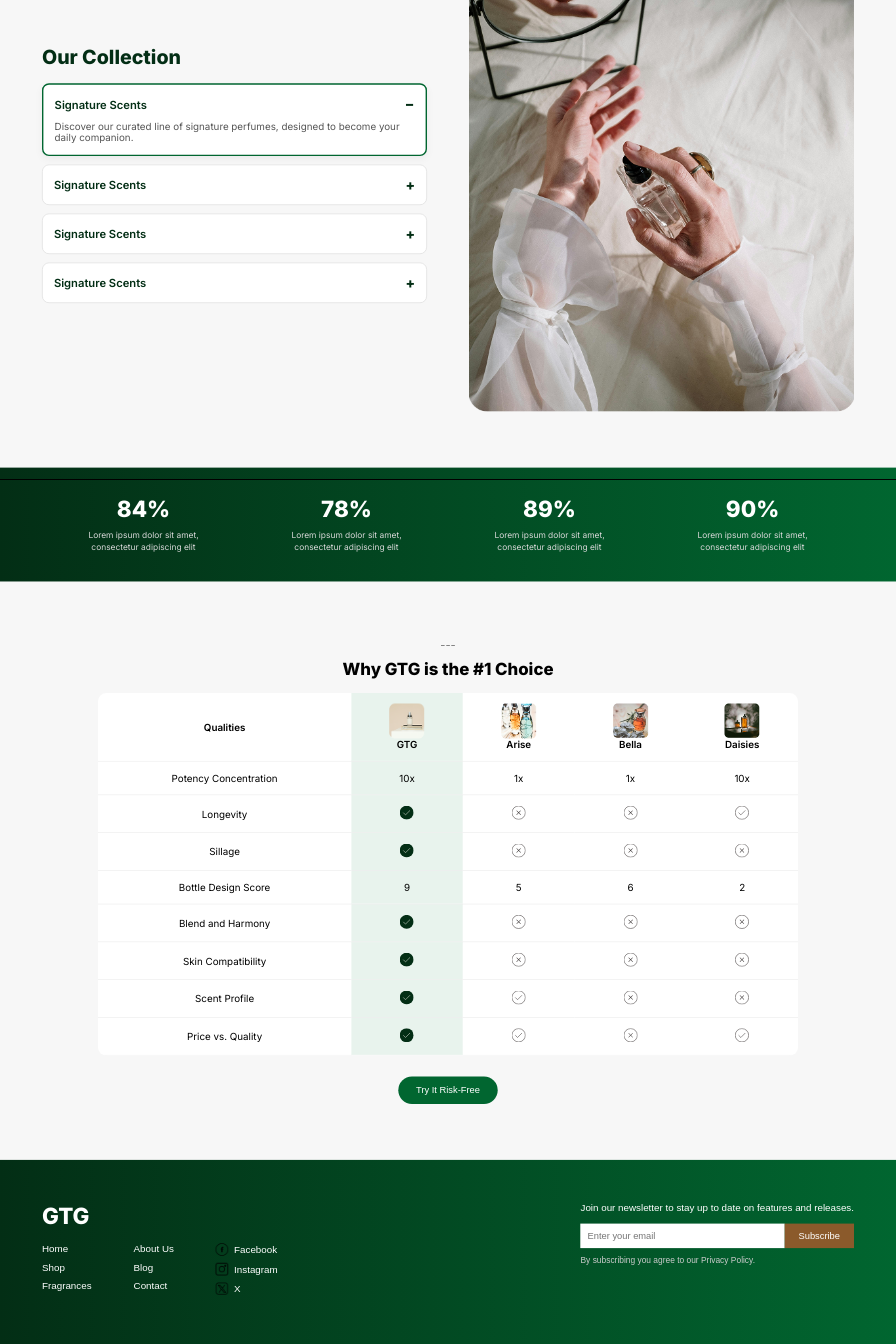
Repository: Prakashadavi/Assignment
Page: index.html
These files come from the project's save history. The page is drawn as it stood at one moment and after the next save; the edit follows.
The browser window is 1280 px wide. The pictures show the part of the page from y = 2220 to 4140 px (the page is 4140 px tall before and 4131 px after), at 70% of full size.
A picture or video elsewhere on the page could not be fetched, so the positions and the page height are approximate. Some web fonts or font styles are not loaded; a fallback is used.

Above is the page before, as saved 2026-03-26 12:02:59.

After the next save:
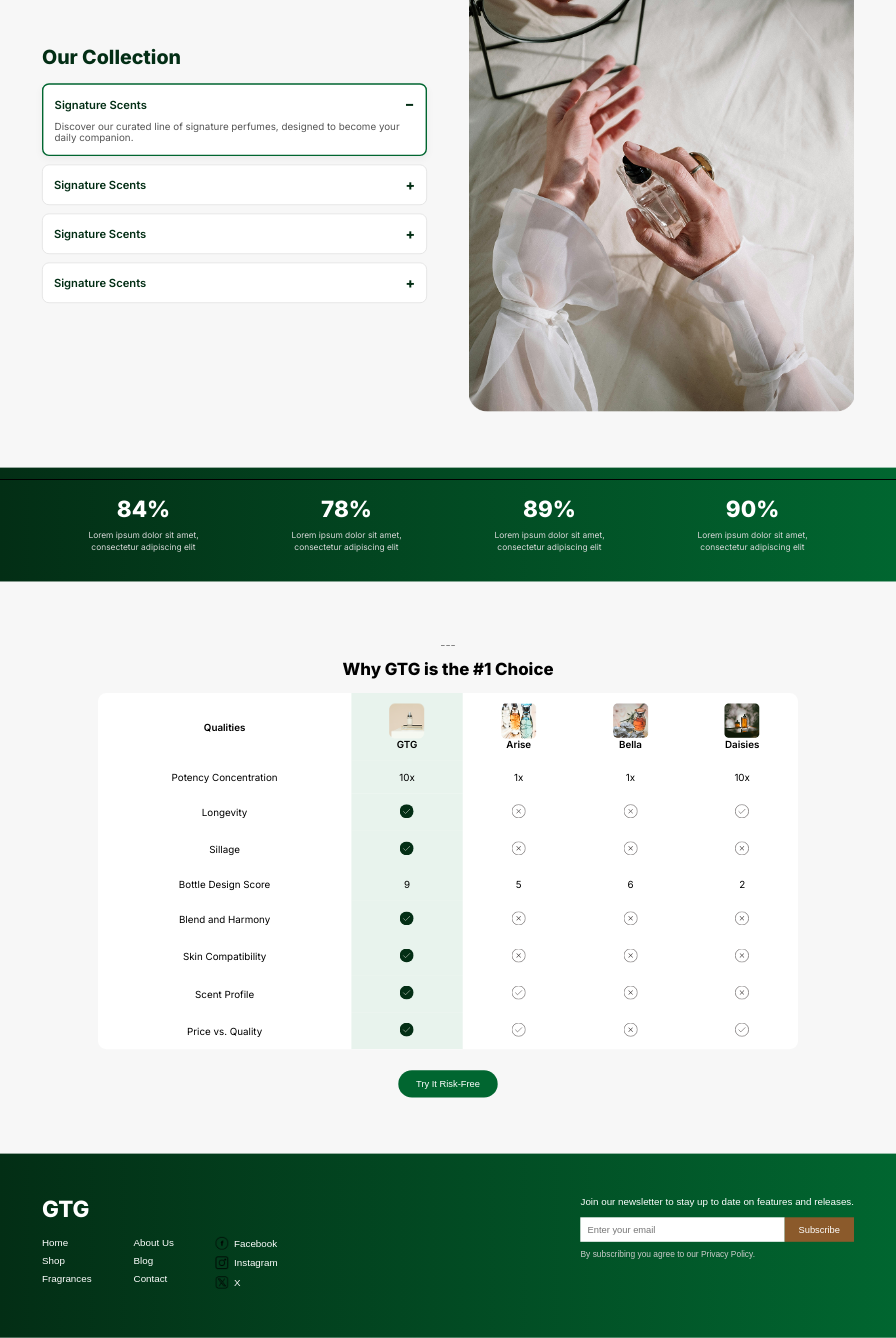
Saved 31 s later.
--- a/style.css
+++ b/style.css
@@ -661,7 +661,7 @@ input[type="radio"]{
 
 .compare-table th,
 .compare-table td{
-  border-bottom:1px solid #eee;
+  border-bottom:px solid #eee;
   padding:15px;
   font-size:14px;
   text-align:center;
